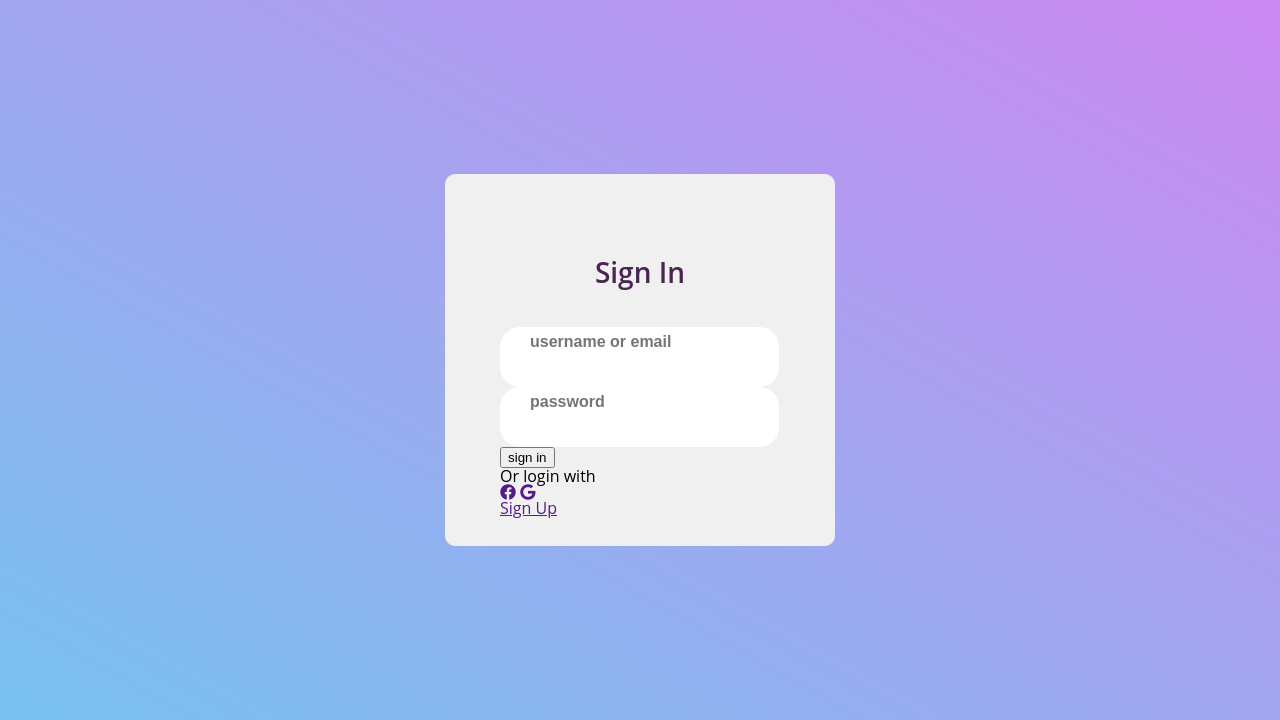
Repository: letrongtinh27/LapTrinhWeb
Page: signin/index.html
These files come from the project's save history. The page is drawn as it stood at one moment and after the next save; the edit follows.
The browser window is 1280 px wide. The pictures show the whole page.

Above is the page before, as saved 2022-10-09 20:53:46.

After the next save:
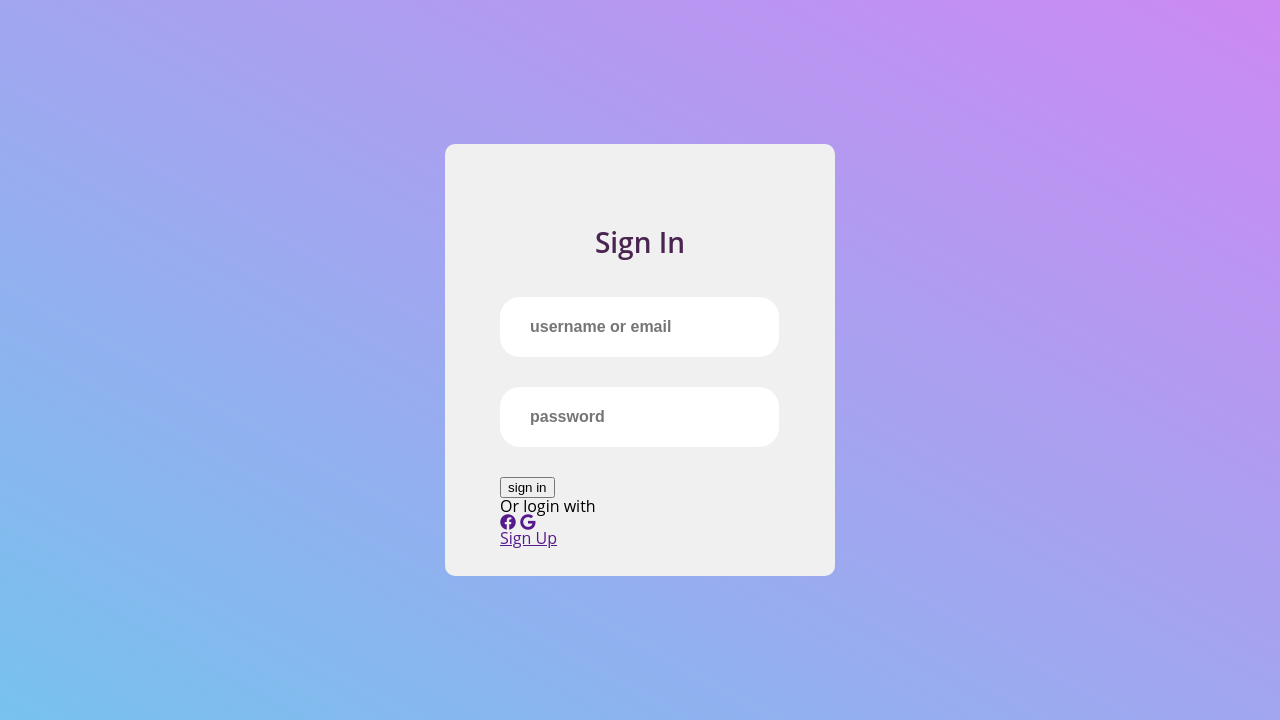
Saved 15 s later.
--- a/signin/style.css
+++ b/signin/style.css
@@ -35,6 +35,10 @@ body {
 
 }
 
+.form-item{
+    padding-bottom: 30px;
+}
+
 .form-item > input{
     border-radius: 20px;
     background-color: #ffffff;
@@ -44,7 +48,6 @@ body {
     font-weight: 700;
     font-size: 16px;
     height: 60px;
-    padding-bottom: 30px;
 }
 
 .btn-signin{
